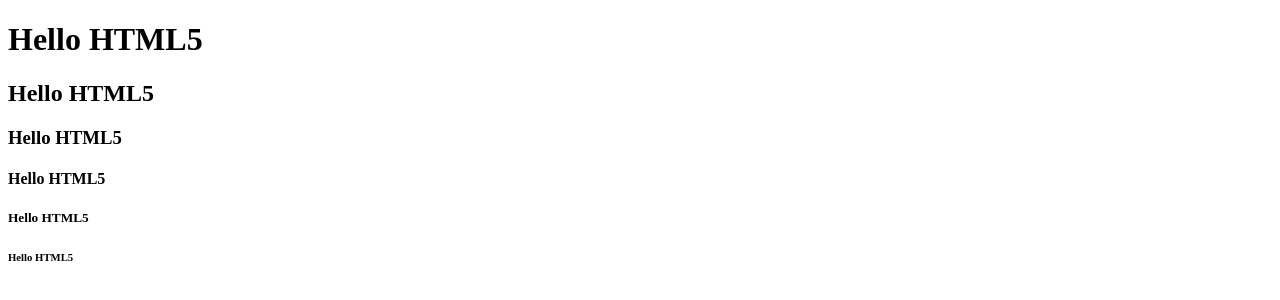
Repository: Rummikub/DBStudy
Page: HTMLProject2/WebContent/HTML/EXAM1.html
The author's editor kept a copy of each file at every save. The page is drawn from the files as they stood at one save, then again after the next save.
The browser window is 1280 px wide. The pictures show the whole page.

Above is the page before, as saved 2020-02-04 06:27:45.

### HTMLProject2/WebContent/HTML/EXAM1.html
<!DOCTYPE html>
<!-- 아무것도 써있지 않은 html은 5버전이라는 뜻
	<html>
		<head>
			<title></title> = 제목
			<script></script> = 이벤트처리
			<style></style> = 내부css
			<link></link> = 외부css
		</head>
	<body>
		화면에 출력하는 태그
</body>
	</html>
 -->
<html>
<head>
<meta charset="UTF-8">
<title>Insert title here</title>
</head>
<body>
<!-- h1~ h6: 제목(heading): block = 한 줄 전체,inline = 옆에 붙음 -->
  <h1>Hello HTML5</h1>
  <h2>Hello HTML5</h2>
  <h3>Hello HTML5</h3>
  <h4>Hello HTML5</h4>
  <h5>Hello HTML5</h5>
  <h6>Hello HTML5</h6>

</body>
</html>

After the next save:
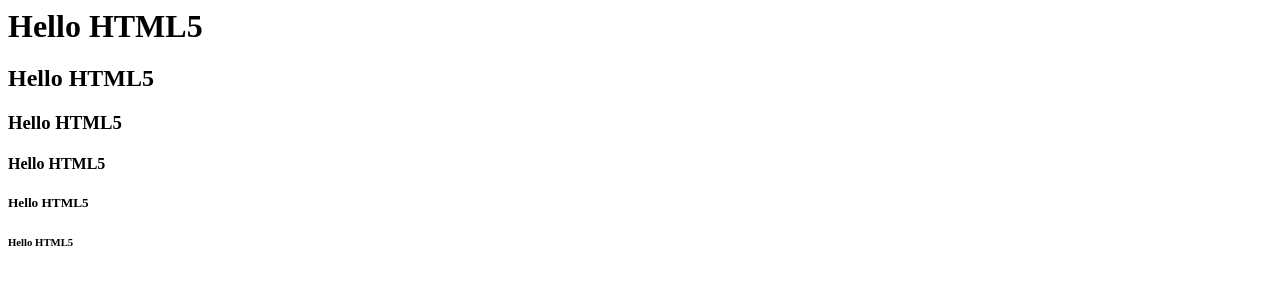
Saved 68 s later.
--- a/HTMLProject2/WebContent/HTML/EXAM1.html
+++ b/HTMLProject2/WebContent/HTML/EXAM1.html
@@ -18,8 +18,8 @@
 <title>Insert title here</title>
 </head>
 <body>
-<!-- h1~ h6: 제목(heading): block = 한 줄 전체,inline = 옆에 붙음 -->
-  <h1>Hello HTML5</h1>
+<!-- h1~ h6: 제목(heading): block = 한 줄을 차지,inline = 옆에 붙어 출력 -->
+  <h1 style="display:inline">Hello HTML5</h1>
   <h2>Hello HTML5</h2>
   <h3>Hello HTML5</h3>
   <h4>Hello HTML5</h4>
